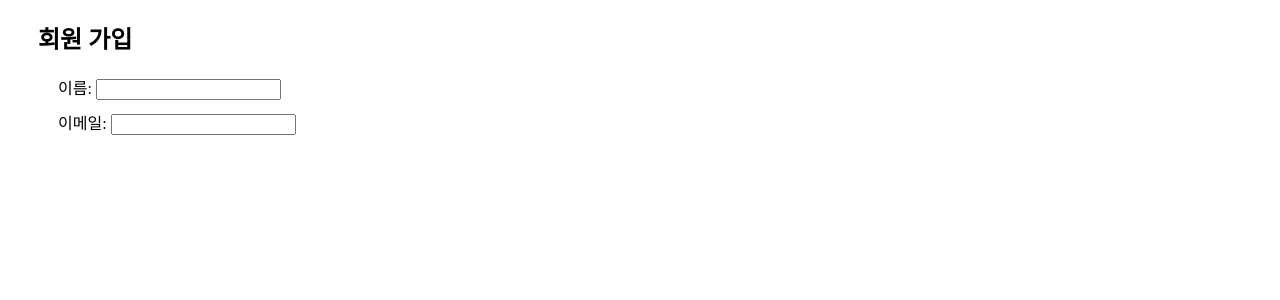
Repository: taiseidesu97/space_jspworks
Page: http://localhost/jweb0/servlet/register.jsp
The author's editor kept a copy of each file at every save. The page is drawn from the files as they stood at one save, then again after the next save.
The browser window is 1280 px wide. The pictures show the whole page.
The page is served by Tomcat 10.

Above is the page before, as saved 2025-10-02 03:23:10.

After the next save:
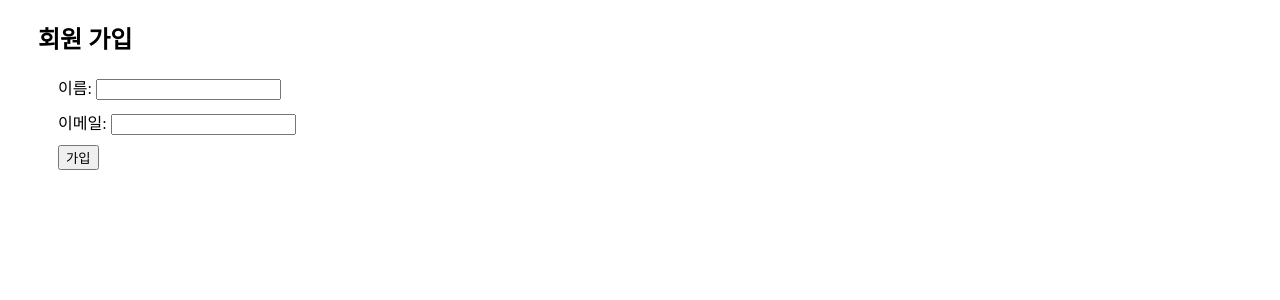
Saved 13 min 2 s later.
--- a/jweb0/src/main/webapp/servlet/register.jsp
+++ b/jweb0/src/main/webapp/servlet/register.jsp
@@ -23,6 +23,9 @@ list-style:none; margin: 10px;}
 	<label for="email">이메일:</label>
 	<input type="type" name="email" id="email">
 	</li>
+	<li>
+	<input type = "submit" value = "가입">
+	</li>
 </ul>
 </form>
 </body>
